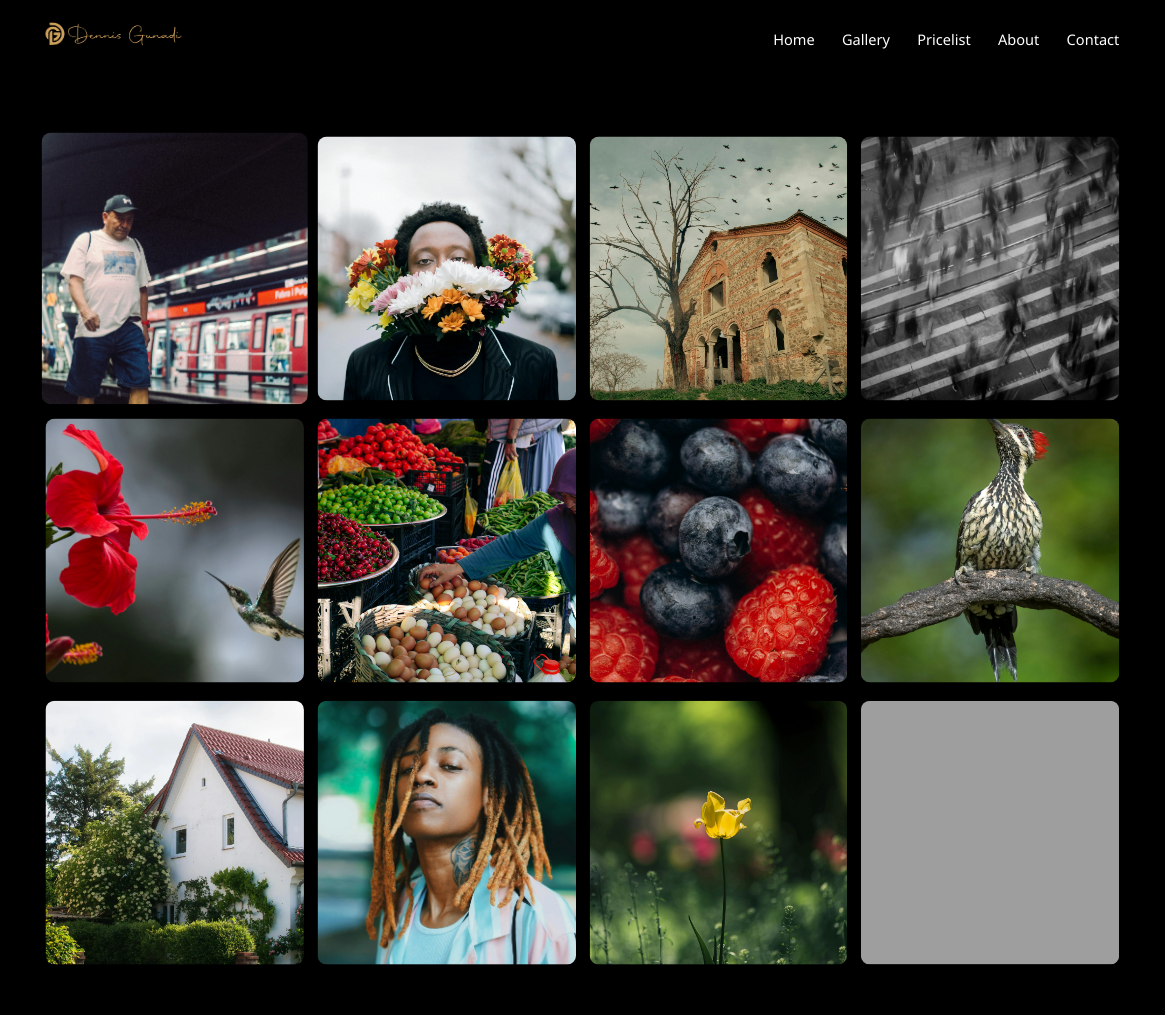
Repository: Diegoms0595/Diego-Final-project2
Page: gallery.html
An editor plug-in stored every save of this project. The page is shown before and after the next save, followed by the edit.
The browser window is 1280 px wide. The pictures show the whole page, at 91% of full size.
The pointer rests on the first visible `.gallery img`.
Pictures or frames that could not be fetched are drawn as grey boxes.

Above is the page before, as saved 2025-06-03 19:48:58.

### gallery.html
<!DOCTYPE html>
<html lang="en">

<head>
    <meta charset="UTF-8" />
    <meta name="viewport" content="width=device-width, initial-scale=1.0" />
    <title>DMSFP2</title>
    <link rel="stylesheet" href="gallery.css" />
</head>

<body>
    <header>
        <div class="logo">
            <a href="#">
                <img src="./Assets/Logo.png" alt="logohead">
            </a>
        </div>
        <nav>
            <ul class="nav-links">
                <li><a href="./index.html">Home</a></li>
                <li><a href="./gallery.html">Gallery</a></li>
                <li><a href="./pricelist.html">Pricelist</a></li>
                <li><a href="#">About</a></li>
                <li><a href="./Form.html">Contact</a></li>
            </ul>
        </nav>
    </header>
<section class="gallery">
  <picture>
    <source srcset="./Assets/pexels-el-gringo-photo-116752370-29210886.webp" type="image/webp">
    <img src="./Assets/pexels-el-gringo-photo-116752370-29210886.jpg" alt="Foto 1">
  </picture>

  <picture>
    <source srcset="./Assets/pexels-ezekixl-6957184.webp" type="image/webp">
    <img src="./Assets/pexels-ezekixl-6957184.jpg" alt="Foto 2">
  </picture>

  <picture>
    <source srcset="./Assets/pexels-merictuna-31146802.webp" type="image/webp">
    <img src="./Assets/pexels-merictuna-31146802.jpg" alt="Foto 3">
  </picture>

  <picture>
    <source srcset="./Assets/pexels-mike-chai-285623-842339.webp" type="image/webp">
    <img src="./Assets/pexels-mike-chai-285623-842339.jpg" alt="Foto 4">
  </picture>

  <picture>
    <source srcset="./Assets/pexels-philippedonn-1133957.webp" type="image/webp">
    <img src="./Assets/pexels-philippedonn-1133957.jpg" alt="Foto 5">
  </picture>

  <picture>
    <source srcset="./Assets/pic7.webp" type="image/webp">
    <img src="./Assets/pic7.jpg" alt="Foto 6">
  </picture>

  <picture>
    <source srcset="./Assets/pic9.webp" type="image/webp">
    <img src="./Assets/pic9.jpg" alt="Foto 7">
  </picture>

  <picture>
    <source srcset="./Assets/pic10.webp" type="image/webp">
    <img src="./Assets/pic10.jpg" alt="Foto 8">
  </picture>

  <picture>
    <source srcset="./Assets/pic11.webp" type="image/webp">
    <img src="./Assets/pic11.jpg" alt="Foto 9">
  </picture>

  <picture>
    <source srcset="./Assets/pic12.webp" type="image/webp">
    <img src="./Assets/pic12.jpg" alt="Foto 10">
  </picture>

  <picture>
    <source srcset="./Assets/pic13.webp" type="image/webp">
    <img src="./Assets/pic13.jpg" alt="Foto 11">
  </picture>

  <picture>
    <source srcset="./Assets/pic14.jpg" type="image/jpeg">
    <img src="./Assets/pic14.jpg" alt="Foto 12">
  </picture>
</section>




</body>

### gallery.css
 *{
  margin: 0;
  padding: 0;
  box-sizing: border-box;
}

body {
  font-family: 'Segoe UI', Tahoma, Geneva, Verdana, sans-serif;
  color: white;
  background-color: black;
}

/*  HEADER */
header {
  display: flex;
  justify-content: space-between;
  align-items: center;
  padding: 20px 50px;
  position: absolute;
  top: 0;
  width: 100%;
  z-index: 10;
}

.logo img {
  height: 40px;
}

/*  NAVIGATION */
.nav-links {
  list-style: none;
  display: flex;
  gap: 30px;
}

.nav-links li a {
  color: #fff;
  text-decoration: none;
  font-size: 16px;
  transition: color 0.3s ease;
}

.nav-links li a:hover {
  color: #f5c47c;
}


.hero {
  height: 100vh;
  background-image: url('./Assets/image\ 2.png');
  background-size: cover;
  background-position: center;
  display: flex;
  align-items: center;
  padding-left: 100px;
  position: relative;
}

.hero::before {
  content: '';
  position: absolute;
  top: 0;
  left: 0;
  width: 100%;
  height: 100%;
  background: rgba(0, 0, 0, 0.6);
  z-index: 1;
}

.hero-text {
  position: relative;
  z-index: 2;
  max-width: 600px;
  animation: fadeIn 2s ease-out forwards;
}

.hero-text h1 {
  font-size: 60px;
  color: #f5c47c;
  font-weight: bold;
  margin-bottom: 20px;
  line-height: 1.2;
  transition: transform 0.3s ease;
}

.hero-text h1:hover {
  transform: scale(1.05);
}

.hero-text p {
  font-size: 16px;
  line-height: 1.8;
  margin-bottom: 30px;
  color: #fff;
  animation: slideUp 2.5s ease forwards;
}


.book-now {
  display: inline-block;
  background-color: #f5c47c;
  color: black;
  padding: 12px 25px;
  border-radius: 8px;
  text-decoration: none;
  font-weight: bold;
  transition: background-color 0.3s ease, transform 0.3s ease;
}

.book-now:hover {
  background-color: #e2a14d;
  transform: scale(1.05);
}

@keyframes fadeIn {
  0% { opacity: 0; transform: translateY(-20px); }
  100% { opacity: 1; transform: translateY(0); }
}

@keyframes slideUp {
  0% { opacity: 0; transform: translateY(40px); }
  100% { opacity: 1; transform: translateY(0); }
}
.gallery {
  display: grid;
  grid-template-columns: repeat(auto-fit, minmax(250px, 1fr));
  gap: 15px;
  padding: 150px 50px 50px;
}

.gallery img {
  width: 100%;
  height: 290px;
  object-fit: cover;
  border-radius: 10px;
  transition: transform 0.3s ease;
}

.gallery img:hover {
  transform: scale(1.03);
}

After the next save:
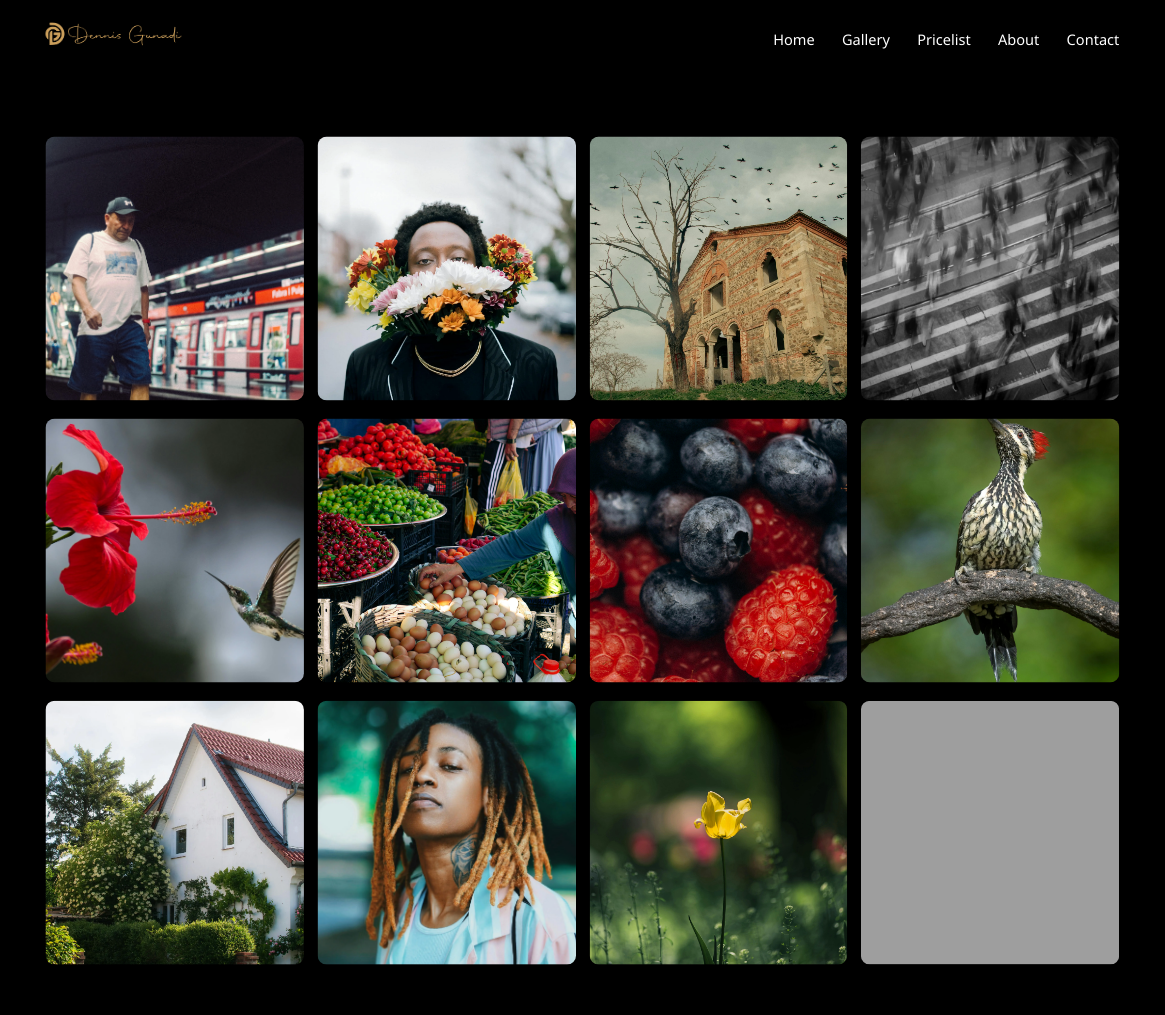
Saved 3 min 47 s later.
--- a/gallery.css
+++ b/gallery.css
@@ -137,5 +137,5 @@
 }
 
 .gallery img:hover {
-  transform: scale(1.03);
+  transform: scale(1.00);
 }
